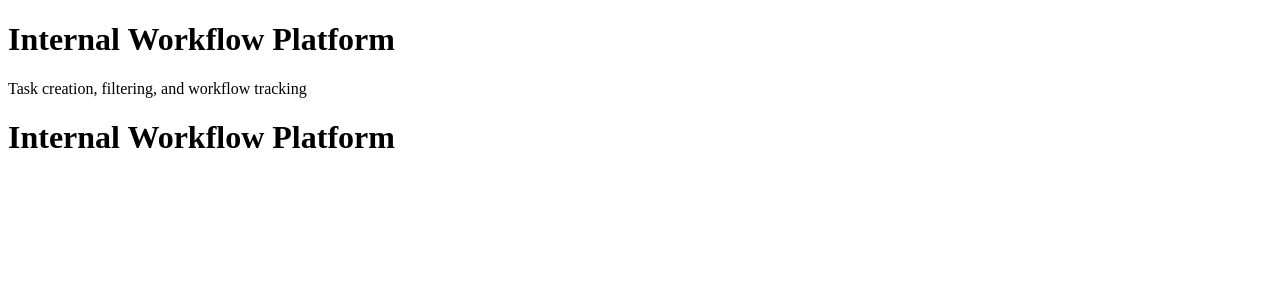
Repository: lkonst/internal-workflow-platform
Page: frontend/index.html
An editor plug-in stored every save of this project. The page is shown before and after the next save, followed by the edit.
The browser window is 1280 px wide. The pictures show the whole page.

Above is the page before, as saved 2026-03-16 20:14:09.

After the next save:
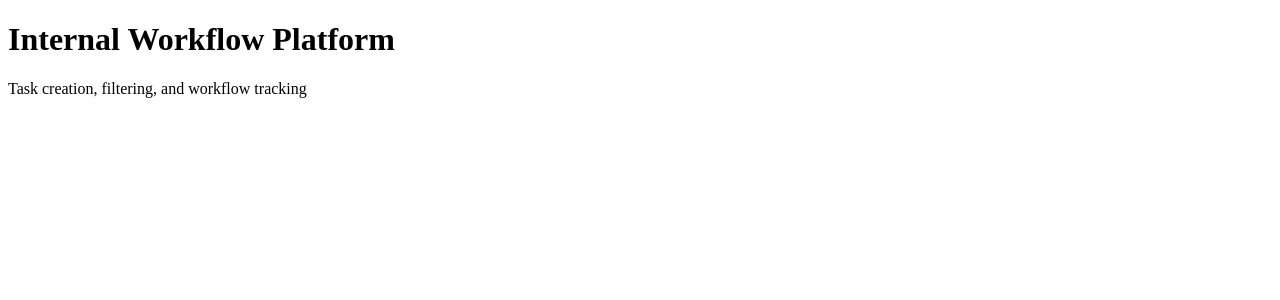
Saved 10 s later.
--- a/frontend/index.html
+++ b/frontend/index.html
@@ -14,7 +14,5 @@
             </header>
 
         </div>
-        <h1>Internal Workflow Platform</h1>
-        <div id="task-list"></div>
-        <script src="app.js"></script>
+
 </html>
